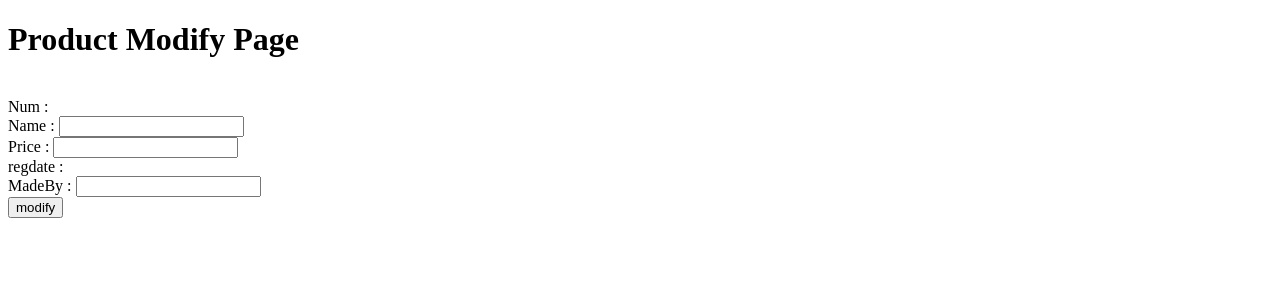
Repository: novemberjj/jsp
Page: http://localhost/jsp_study/modify.jsp
An editor plug-in stored every save of this project. The page is shown before and after the next save, followed by the edit.
The browser window is 1280 px wide. The pictures show the whole page.
The page is served by Tomcat 9.

Above is the page before, as saved 2023-05-11 05:44:58.

After the next save:
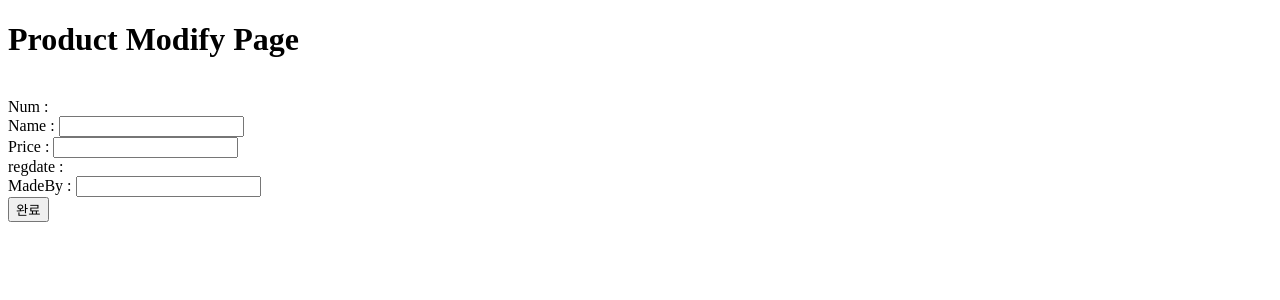
Saved 58 s later.
--- a/jsp_project1/jsp_study/src/main/webapp/modify.jsp
+++ b/jsp_project1/jsp_study/src/main/webapp/modify.jsp
@@ -15,7 +15,7 @@
 		regdate : ${param.regdate } <br>
 		MadeBy : <input type="text" name="madeby"> <br>
 
-		<button type="submit">modify</button>
+		<a href="list.jsp"><button type="submit">완료</button></a>
 	</form>
 </body>
 </html>
